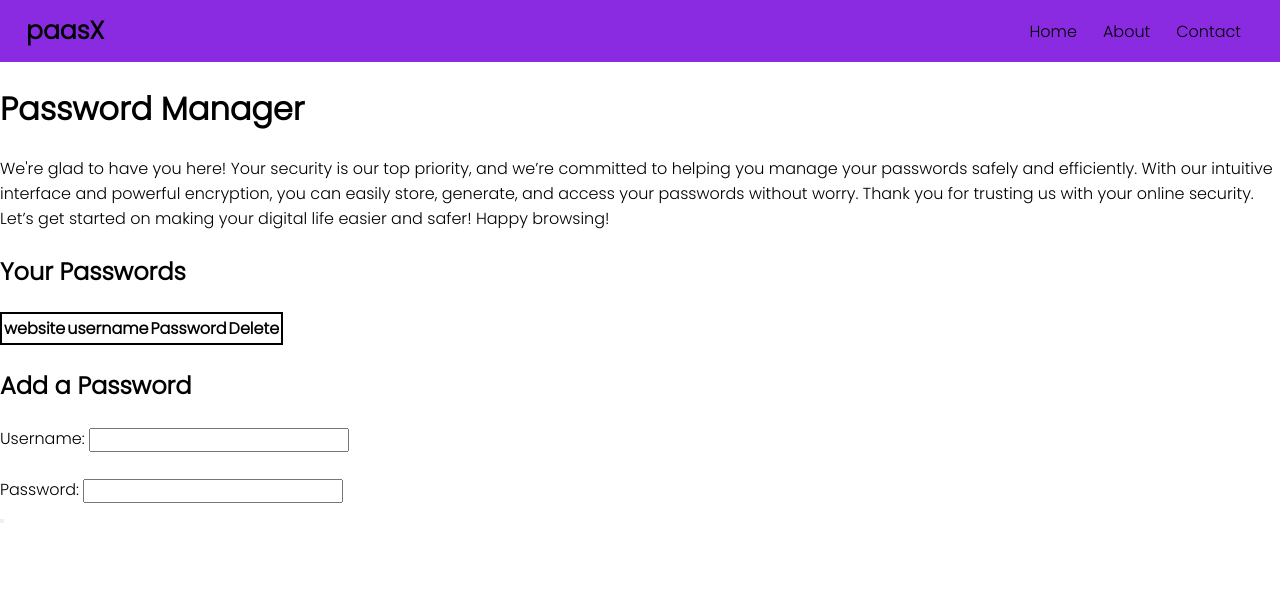
Repository: Abhi2807ar/PASSWORD-MANAGER
Page: index.html
An editor plug-in stored every save of this project. The page is shown before and after a run of saves, followed by the edit.
The browser window is 1280 px wide. The pictures show the whole page.

Above is the page before, as saved 2024-10-14 17:06:52.
Console error: TypeError: Cannot set properties of null (setting 'innerHTML')

After the next 2 saves:
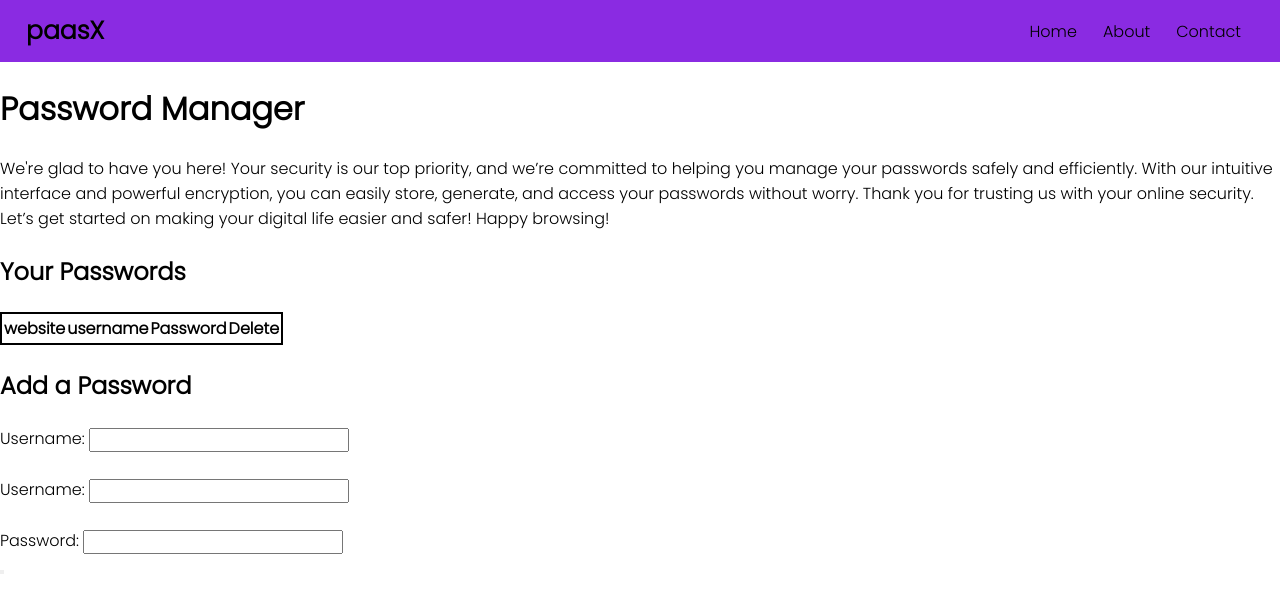
The 2 saves are shown as one change because they came seconds apart.
The last was saved 36 s later.
--- a/index.html
+++ b/index.html
@@ -39,6 +39,10 @@ Happy browsing!
           </table>
         <h2>Add a Password</h2>
         <form action="/submit" method="post">
+
+            <label for="username">Username:</label>
+            <input type="text" id="username" name="username" required>
+            <br><br>
             <!-- Text input for username -->
             <label for="username">Username:</label>
             <input type="text" id="username" name="username" required>
